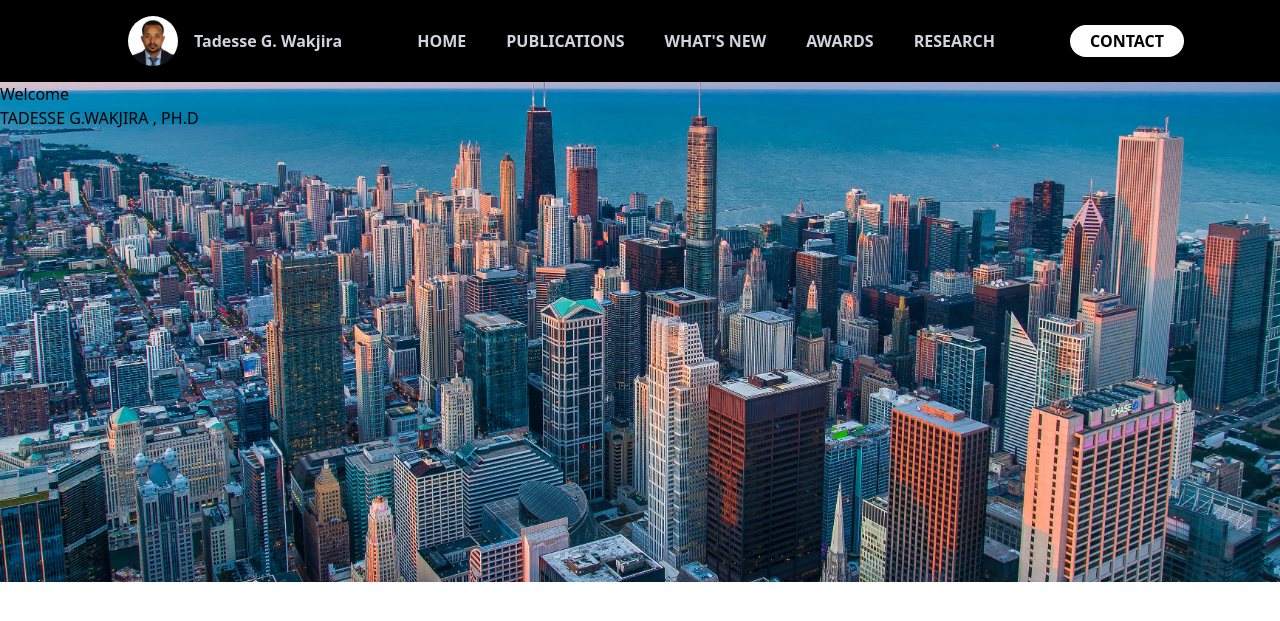
Repository: Elias-Kibret/Tade-portfoilo
Page: /
These files come from the project's save history. The page is drawn as it stood at one moment and after the next save; the edit follows.
The browser window is 1280 px wide. The pictures show the whole page.
The project was rebuilt for these pictures with package versions that can differ from the ones it lists, and the page was loaded fresh each time. The framework's server and built-in components were replaced by stand-ins that run in the browser. Also part of the build but not shown: next.config.js.

Above is the page before, as saved 2022-06-28 00:26:33.

After the next save:
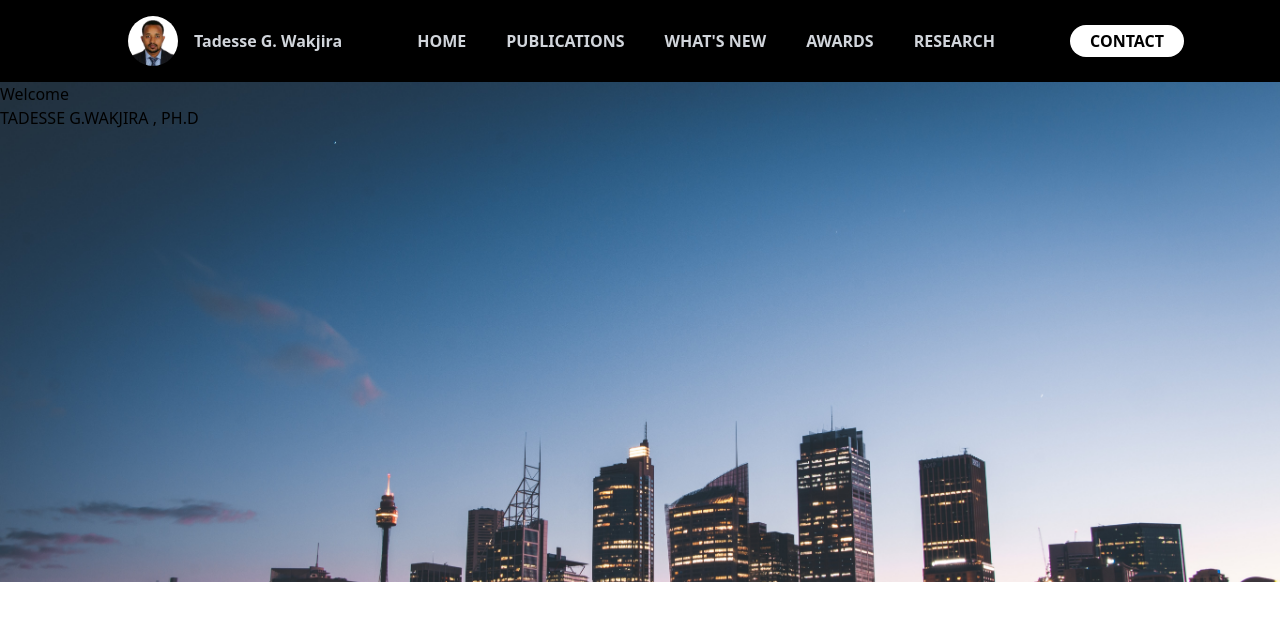
Saved 3 min 3 s later.
--- a/styles/globals.css
+++ b/styles/globals.css
@@ -5,7 +5,7 @@
 .hero{
     width:100%;
    height: 500px;
-    background-image: url('../public/Img/MainHero.jpg');
+    background-image: url('../public/Img/BG.jpg');
     background-size: cover;
-    background-position: center;
+
 }
